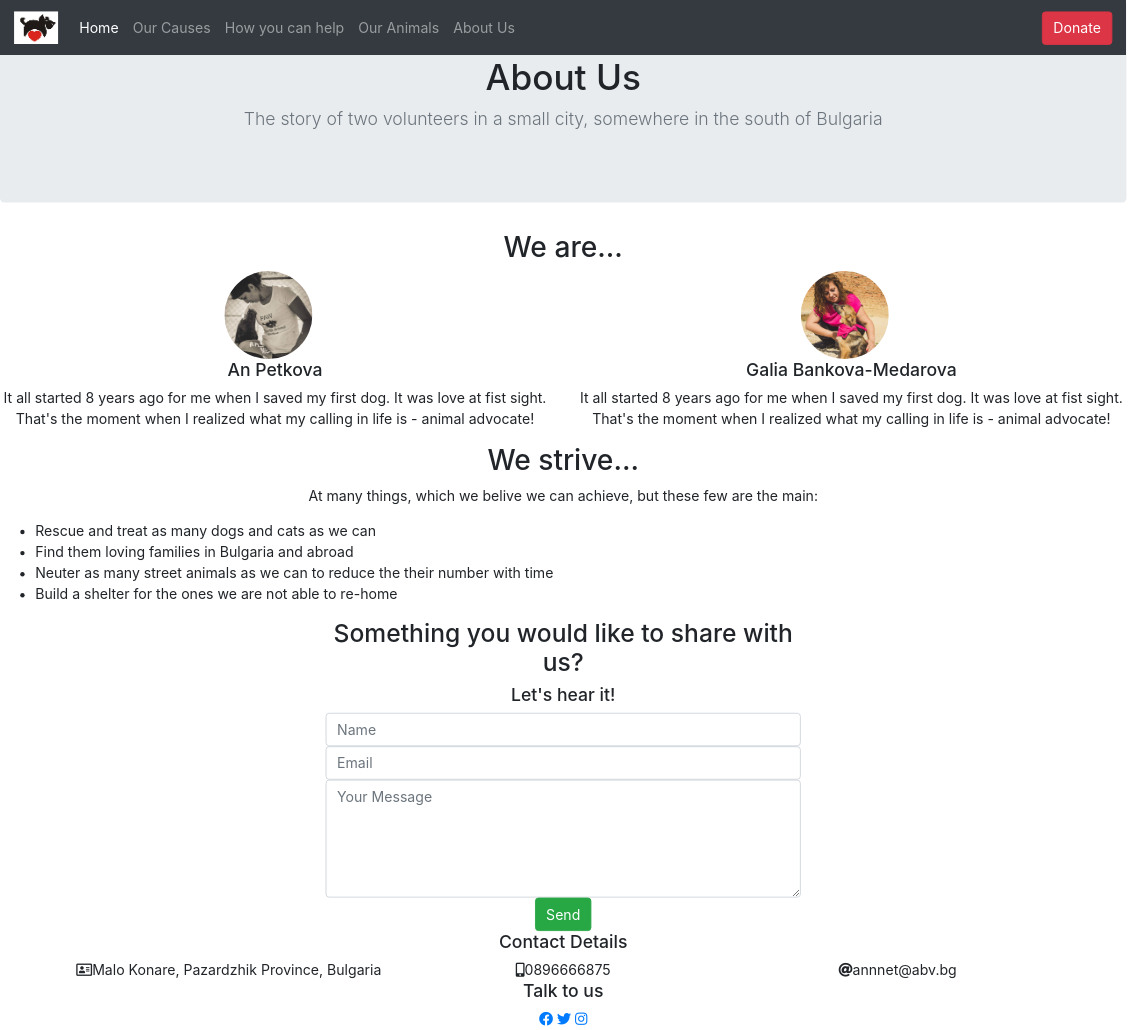
Repository: Naity17/PAW-first-website
Page: About-Us.html
The author's editor kept a record of every edit. The page is drawn from the files as they stood at one moment, then again after the next edit.
The browser window is 1280 px wide. The page is 1295 px wide, so the pictures cover 1295 px, including what lies to the right of the window. The pictures show the whole page, at 88% of full size.
Some web libraries are served in a nearby version.

Above is the page before.
Console error: TypeError: Cannot read properties of undefined (reading 'fn')

### About-Us.html
<!DOCTYPE html>
<html lang="en">

<head>
    <meta charset="UTF-8">
    <meta name="viewport" content="width=device-width, initial-scale=1.0">
    <meta http-equiv="X-UA-Compatible" content="ie=edge">
    <link rel="stylesheet" href="https://stackpath.bootstrapcdn.com/bootstrap/4.3.1/css/bootstrap.min.css" integrity="sha384-ggOyR0iXCbMQv3Xipma34MD+dH/1fQ784/j6cY/iJTQUOhcWr7x9JvoRxT2MZw1T" crossorigin="anonymous">
    <link rel="stylesheet" href="https://use.fontawesome.com/releases/v5.9.0/css/all.css" integrity="sha384-i1LQnF23gykqWXg6jxC2ZbCbUMxyw5gLZY6UiUS98LYV5unm8GWmfkIS6jqJfb4E" crossorigin="anonymous">
    <script src="https://stackpath.bootstrapcdn.com/bootstrap/4.3.1/js/bootstrap.min.js" integrity="sha384-JjSmVgyd0p3pXB1rRibZUAYoIIy6OrQ6VrjIEaFf/nJGzIxFDsf4x0xIM+B07jRM" crossorigin="anonymous"></script>
    <link rel="stylesheet" href="assets/css/style.css" type="text/css" />
    <title>PAW - Pazardjik Animal Welfare</title>
</head>

<body>
    <header>
        <!-- ---------------NavBar-------------- -->
        <nav class="navbar navbar-expand-md navbar-dark fixed-top bg-dark">
            <a class="navbar-brand" href="index.html">
                <img src="assets/images/general/logo.jpg">
            </a>
            <button class="navbar-toggler collapsed" type="button" data-toggle="collapse" data-target="#navbarCollapse" aria-controls="navbarCollapse" aria-expanded="false" aria-label="Toggle navigation">
              <span class="navbar-toggler-icon"></span>
            </button>
            <div class="navbar-collapse collapse" id="navbarCollapse" style="">
                <ul class="navbar-nav mr-auto">
                    <li class="nav-item active">
                        <a class="nav-link" href="#">Home</a>
                    </li>
                    <li class="nav-item">
                        <a class="nav-link" href="#">Our Causes</a>
                    </li>
                    <li class="nav-item">
                        <a class="nav-link" href="#">How you can help</a>
                    </li>
                    <li class="nav-item">
                        <a class="nav-link" href="#">Our Animals</a>
                    </li>
                    <li class="nav-item">
                        <a class="nav-link" href="#">About Us<span class="sr-only">(current)</span></a>
                    </li>
                </ul>
                <button class="btn btn-danger navbar-btn">Donate</button>
            </div>
        </nav>
        <!-- ---------------End of NavBar-------------- -->
    </header>
    <section id="about-us">
        <main role="main">
            <section class="jumbotron text-center">
                <div class="container">
                    <h1 class="jumbotron-heading">About Us</h1>
                    <p class="lead text-muted">The story of two volunteers in a small city, somewhere in the south of Bulgaria</p>
                </div>
            </section>
            <section class="text-center" id="about-us-details">
                <div class="row">
                    <div class="col-12">
                        <h2>We are...</h2>
                    </div>
                </div>
                <div class="row">
                    <div class="col-12 col-md-6">
                        <div class="media">
                            <div class="d-sm-block">
                                <img src="assets/images/general/an-petkova.jpg" class="rounded-circle mr-3" height=100 width=100>
                                <h5>An Petkova</h5>
                                <p>It all started 8 years ago for me when I saved my first dog. It was love at fist sight. That's the moment when I realized what my calling in life is - animal advocate!</p>
                            </div>
                        </div>
                    </div>
                    <div class="col-12 col-md-6">
                        <div class="media">
                            <div class="d-sm-block">
                                <img src="assets/images/general/galia-profile.jpg" class="rounded-circle mr-3" height=100 width=100>
                                <h5>Galia Bankova-Medarova</h5>
                                <p>It all started 8 years ago for me when I saved my first dog. It was love at fist sight. That's the moment when I realized what my calling in life is - animal advocate!</p>
                            </div>
                        </div>
                    </div>
                </div>
            </section>
            <section class="text-center" id="our-aims-details">
                <div class="row">
                    <div class="col">
                        <h2>We strive...</h2>
                        <p>At many things, which we belive we can achieve, but these few are the main:</p>
                        <ul class="text-left">
                            <li>Rescue and treat as many dogs and cats as we can</li>
                            <li>Find them loving families in Bulgaria and abroad</li>
                            <li>Neuter as many street animals as we can to reduce the their number with time</li>
                            <li>Build a shelter for the ones we are not able to re-home</li>
                        </ul>
                    </div>
                </div>
            </section>
            <section id="contact-form">
                <div class="container">
                    <div class="row bg-color-contact">
                        <div class="col-12 col-md-6" style="width:800px; margin:0 auto;">
                            <h3 class="contact-heading uppercase text-center">Something you would like to share with us?</h3>
                            <h5 class="uppercase text-center">Let's hear it!</h5>
                            <div class="center-form">
                                <form>
                                    <input type="text" name="name" id="fullname" class="form-control" placeholder="Name" required />
                                    <input type="text" name="email" id="emailaddress" class="form-control" placeholder="Email" required />
                                    <textarea rows="5" name="yourmessage" id="yourmessage" class="form-control" placeholder="Your Message" required></textarea>
                                    <div class="form-row text-center">
                                        <div class="col">
                                            <button type="submit" class="btn btn-success">Send</button>
                                        </div>
                                    </div>
                                </form>
                            </div>
                        </div>
                    </div>
            </section>
        </main>
    </section>

    <footer class="container text-center footer-details">
        <div class="row">
            <div class="col-12">
                <h5>Contact Details</h5>
            </div>
        </div>
        <div id="contact-details-items" class="row ">
            <div class="col-xs-12 col-4 address-item">
                <i class="far fa-address-card"></i>Malo Konare, Pazardzhik Province, Bulgaria
            </div>
            <div class="col-xs-12 col-4 phone-number-item">
                <i class="fas fa-mobile-alt"></i>0896666875
            </div>
            <div class="col-xs-12 col-4 email-item">
                <i class="fas fa-at"></i>annnet@abv.bg
            </div>
        </div>
        <div class="row" id="social-details">
            <div class="col-xs-12 col-sm-12 icons">
                <h5 class="uppercase general-sub">Talk to us</h5>
                <a href="https://www.facebook.com/PAW-Pazardjik-Animal-Welfare-134643483313391/" target="_blank"><i class="fab fa-facebook alignment"></i></a>
                <a href="https://twitter.com/ralito17?lang=en" target="_blank"><i class="fab fa-twitter alignment"></i></a>
                <a href="https://www.instagram.com/?hl=en" target="_blank"><i class="fab fa-instagram alignment"></i></a>
            </div>
        </div>
    </footer>
    <script src="https://code.jquery.com/jquery-3.3.1.slim.min.js" integrity="sha384-q8i/X+965DzO0rT7abK41JStQIAqVgRVzpbzo5smXKp4YfRvH+8abtTE1Pi6jizo" crossorigin="anonymous"></script>
    <script src="https://cdnjs.cloudflare.com/ajax/libs/popper.js/1.14.7/umd/popper.min.js" integrity="sha384-UO2eT0CpHqdSJQ6hJty5KVphtPhzWj9WO1clHTMGa3JDZwrnQq4sF86dIHNDz0W1" crossorigin="anonymous"></script>
    <script src="https://stackpath.bootstrapcdn.com/bootstrap/4.3.1/js/bootstrap.min.js" integrity="sha384-JjSmVgyd0p3pXB1rRibZUAYoIIy6OrQ6VrjIEaFf/nJGzIxFDsf4x0xIM+B07jRM" crossorigin="anonymous"></script>
</body>

</html>

Loaded but not shown: assets/css/style.css (no copy from this time; the picture is the same without it)

After the next edit:
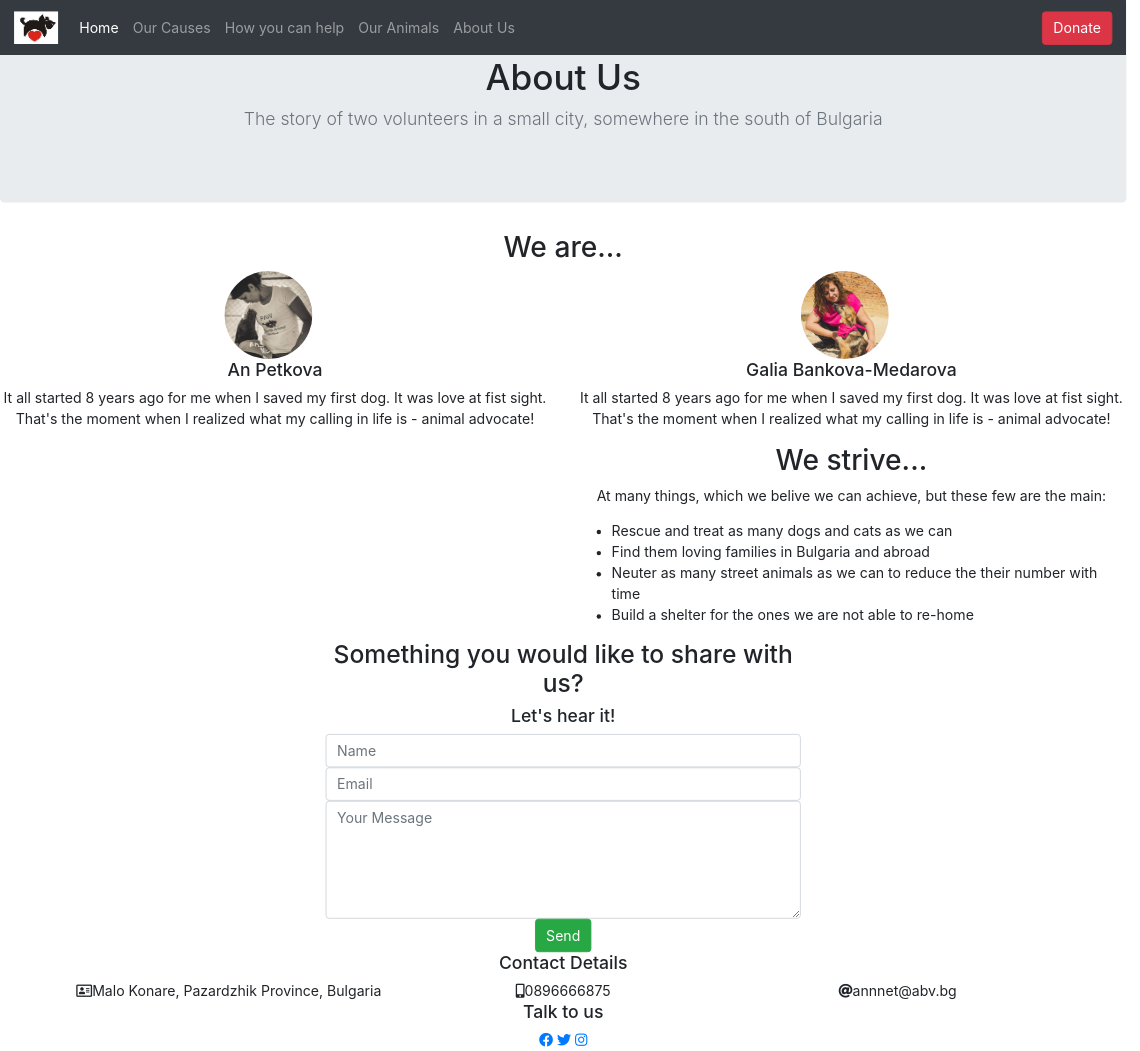
The edit:
--- a/About-Us.html
+++ b/About-Us.html
@@ -82,7 +82,8 @@
             </section>
             <section class="text-center" id="our-aims-details">
                 <div class="row">
-                    <div class="col">
+                    <div class="col"></div>
+                    <div class="col-6">
                         <h2>We strive...</h2>
                         <p>At many things, which we belive we can achieve, but these few are the main:</p>
                         <ul class="text-left">
